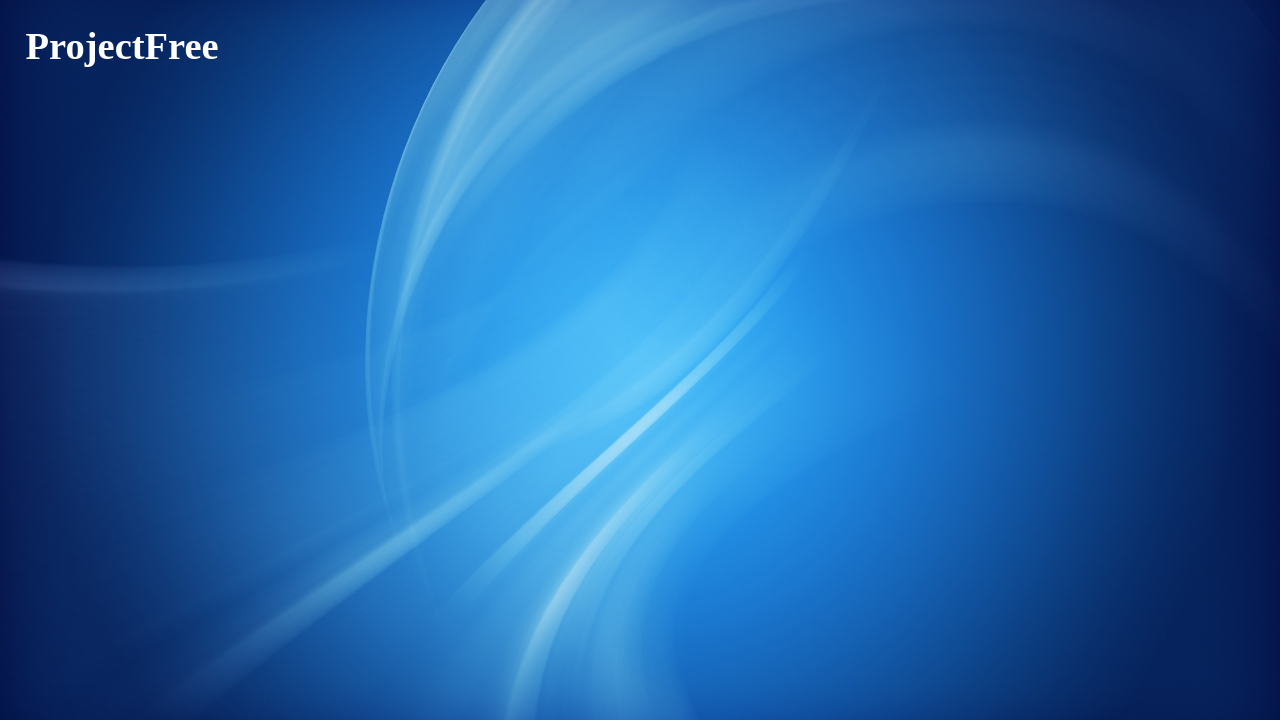
Repository: BrunoRB/ProjetoBanco
Page: http://localhost/templates/header.php
The author's editor kept a copy of each file at every save. The page is drawn from the files as they stood at one save, then again after the next save.
The browser window is 1280 px wide. The pictures show the whole page.
The page is run by PHP 8.4 with error messages shown; the project is at /var/www/html/.

Above is the page before, as saved 2013-06-14 02:26:11.

After the next save:
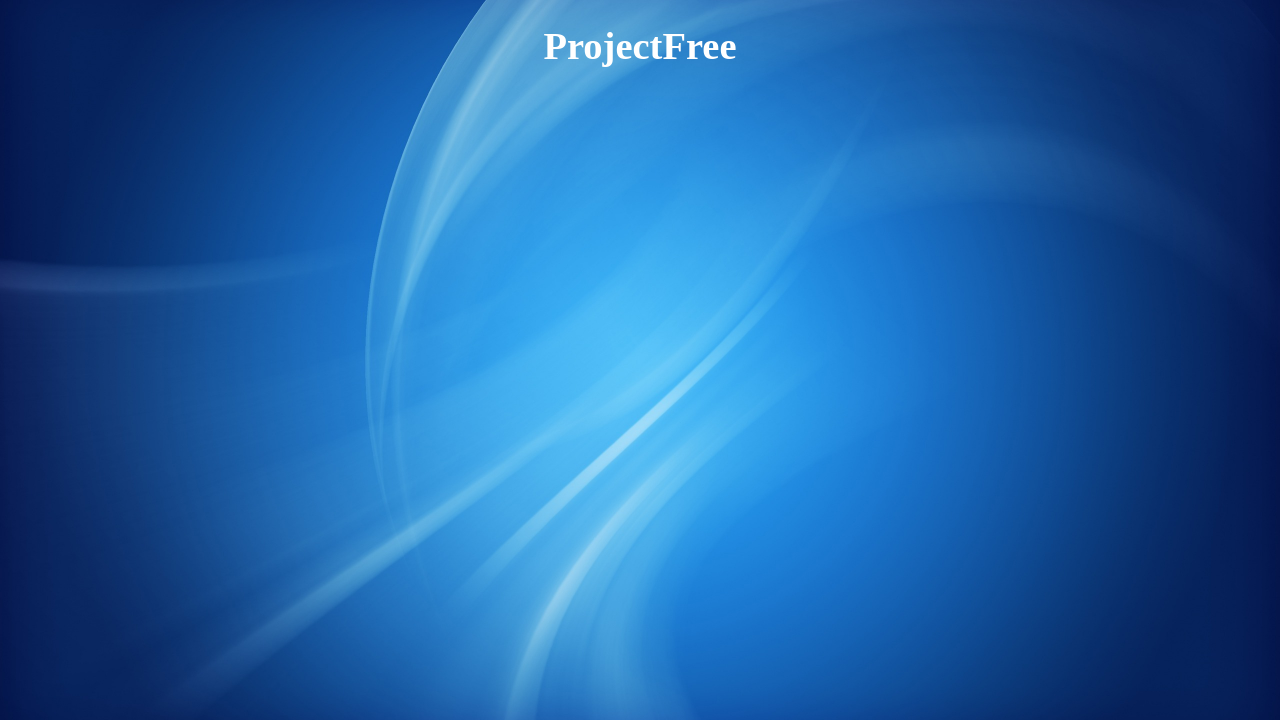
Saved 4 min 19 s later.
--- a/codigo/ProjectFree/templates/header.php
+++ b/codigo/ProjectFree/templates/header.php
@@ -14,8 +14,9 @@
 		<script type="text/javascript" src="../resources/js/bootstrap.js"></script>
 	</head>
 	<body>
-		<header>
+		<header><div class="pagination-centered">
 			<h1>ProjectFree</h1>
 			<nav>
 			</nav>
+			</div>
 		</header>
